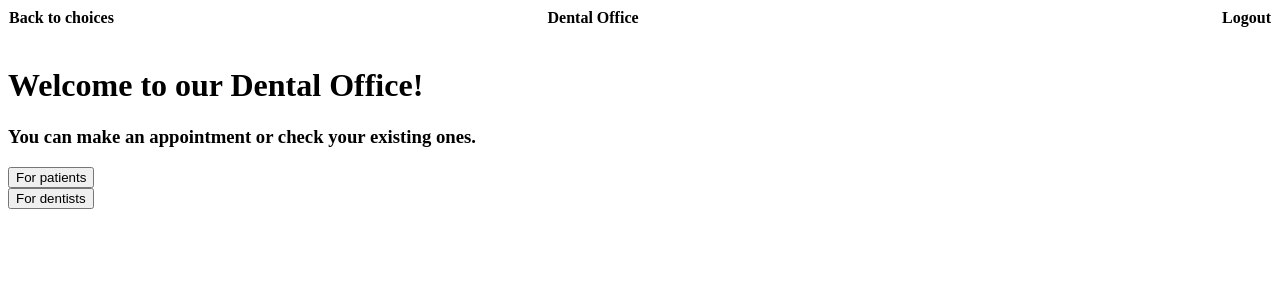
Repository: ThEgIGN/DentalOfficeWebApplication
Page: http://localhost/DentalOfficeWEB/
These files come from the project's save history. The page is drawn as it stood at one moment and after the next save; the edit follows.
The browser window is 1280 px wide. The pictures show the whole page.
The page is served by Tomcat 9. Nobody is signed in. The application's start-up code is not run. Other server files are loaded and not shown.

Above is the page before, as saved 2023-06-16 10:12:48.

### DentalOfficeProject/DentalOfficeWEB/src/main/webapp/index.jsp
<%@ page language="java" contentType="text/html; charset=ISO-8859-1"
	pageEncoding="ISO-8859-1"%>
<!DOCTYPE html>
<html>
<head>
<meta charset="ISO-8859-1">
<title>Dental Office Name</title>
</head>
<body>
	<table
		style="width: 100%; border-collapse: collapse;">
		<tr>
			<td style="text-align: left"><b>Back to choices</b></td>
			<td><b>Dental Office</b></td>
			<td style="text-align: right"><b>Logout</b></td>
		</tr>
	</table>
	<br>
	<h1>Welcome to our Dental Office!</h1>
	<h3>You can make an appointment or check your existing ones.</h3>
	<form action="/DentalOfficeWEB/patients/createPatient.jsp">
		<button type="submit">For patients</button>
	</form>
	<form action="/DentalOfficeWEB/dentists/loginDentist.jsp">
		<button type="submit">For dentists</button>
	</form>
</body>
</html>

After the next save:
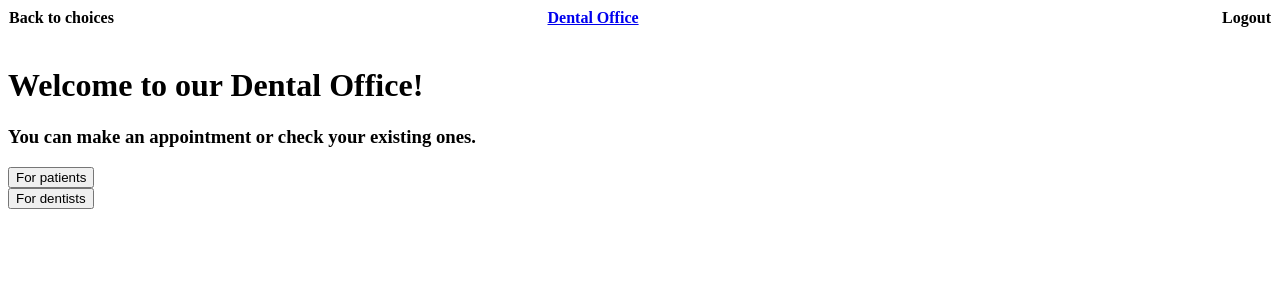
Saved 70 s later.
--- a/DentalOfficeProject/DentalOfficeWEB/src/main/webapp/index.jsp
+++ b/DentalOfficeProject/DentalOfficeWEB/src/main/webapp/index.jsp
@@ -11,7 +11,7 @@
 		style="width: 100%; border-collapse: collapse;">
 		<tr>
 			<td style="text-align: left"><b>Back to choices</b></td>
-			<td><b>Dental Office</b></td>
+			<td><b><a href="https://www.w3schools.com">Dental Office</a></b></td>
 			<td style="text-align: right"><b>Logout</b></td>
 		</tr>
 	</table>
